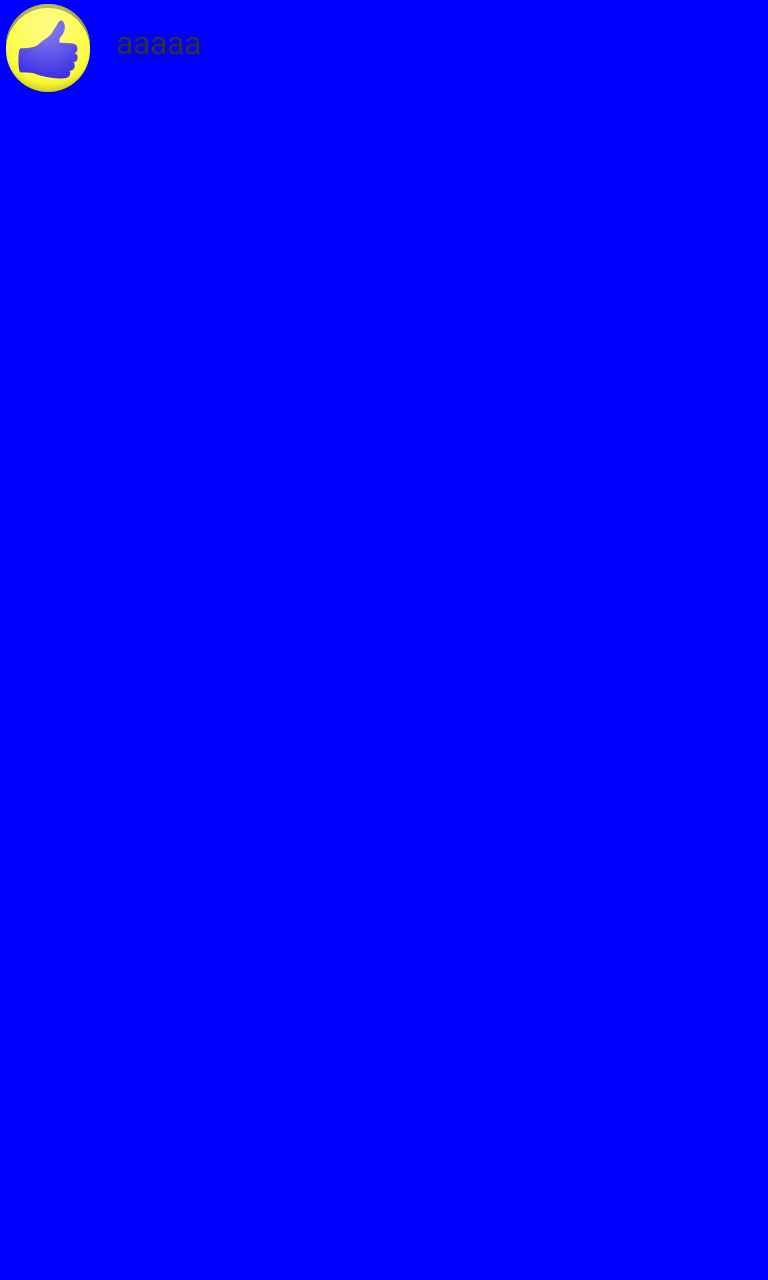
Repository: derek-zhan/RBCPrototypeChallenge
Layout: RBCPrototype/res/layout/transaction_listview_item_row.xml
The author's editor kept a copy of each file at every save. The layout is drawn from the files as they stood at one save, then again after the next save.
It is drawn on a 768 x 1280 px phone screen (xhdpi) without system bars, with theme AppTheme; the app's code is not run.

Above is the layout before, as saved 2014-06-06 13:12:17.

### RBCPrototype/res/layout/transaction_listview_item_row.xml
<?xml version="1.0" encoding="utf-8"?>
<RelativeLayout xmlns:android="http://schemas.android.com/apk/res/android"
    android:layout_width="match_parent"
    android:layout_height="match_parent"
    android:orientation="vertical"
    android:background="@color/blue"
     >

    <ImageView
        android:id="@+id/transaction_listview_icon"
        android:src="@drawable/ic_launcher"
        android:layout_width="wrap_content"
        android:layout_height="wrap_content"
        android:layout_alignParentLeft="true"
        />

    <TextView
        android:id="@+id/transaction_listview_text"
        android:layout_width="wrap_content"
        android:layout_height="wrap_content"
        android:layout_alignParentTop="true"
        android:layout_toRightOf="@+id/transaction_listview_icon"
        android:padding="10dp"
        android:text="aaaaa"
        android:textSize="16sp" />

</RelativeLayout>

### RBCPrototype/res/values/color.xml
<?xml version="1.0" encoding="utf-8"?>
<resources>

 <color name="white">#FFFFFF</color>
 <color name="yellow">#FFFF00</color>
 <color name="fuchsia">#FF00FF</color>
 <color name="red">#FF0000</color>
 <color name="silver">#C0C0C0</color>
 <color name="gray">#808080</color>
 <color name="olive">#808000</color>
 <color name="purple">#800080</color>
 <color name="maroon">#800000</color>
 <color name="aqua">#00FFFF</color>
 <color name="lime">#00FF00</color>
 <color name="teal">#008080</color>
 <color name="green">#008000</color>
 <color name="blue">#0000FF</color>
 <color name="navy">#000080</color>
 <color name="black">#000000</color>



</resources>

Loaded but not shown: RBCPrototype/res/values/styles.xml (common file); RBCPrototype/res/values-v11/styles.xml (common file); RBCPrototype/res/values-v14/styles.xml (common file)

After the next save:
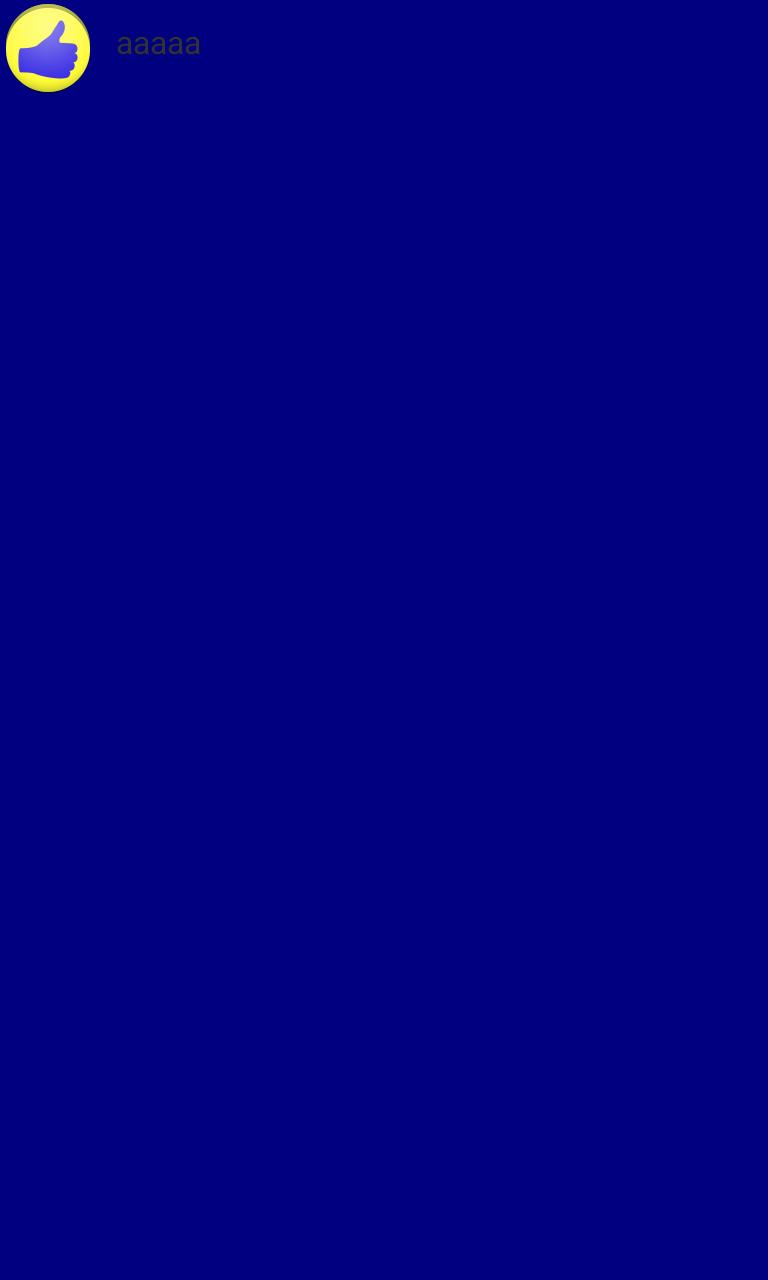
Saved 8 s later.
--- a/RBCPrototype/res/layout/transaction_listview_item_row.xml
+++ b/RBCPrototype/res/layout/transaction_listview_item_row.xml
@@ -3,7 +3,7 @@
     android:layout_width="match_parent"
     android:layout_height="match_parent"
     android:orientation="vertical"
-    android:background="@color/blue"
+    android:background="@color/navy"
      >
 
     <ImageView
